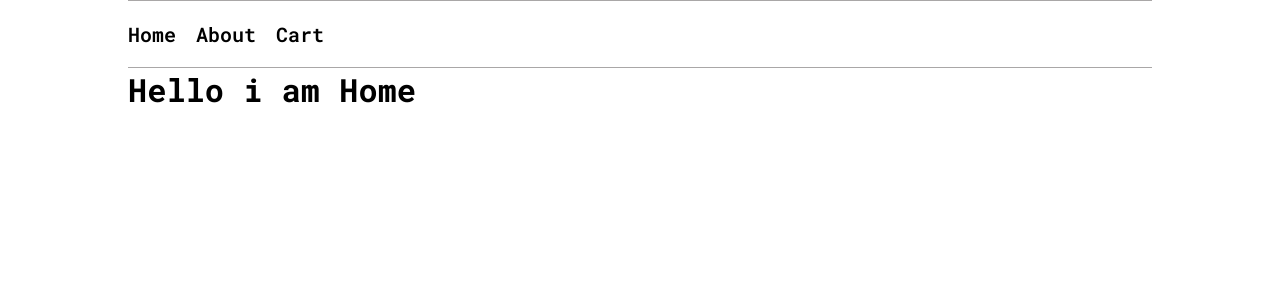
Repository: tuankiet10920/vuejs
Page: /
These files come from the project's save history. The page is drawn as it stood at one moment and after the next save; the edit follows.
The browser window is 1280 px wide. The pictures show the whole page.
The project was rebuilt for these pictures with package versions that can differ from the ones it lists, and the page was loaded fresh each time. Also part of the build but not shown: vite.config.js.

Above is the page before, as saved 2024-08-24 11:32:05.

After the next save:
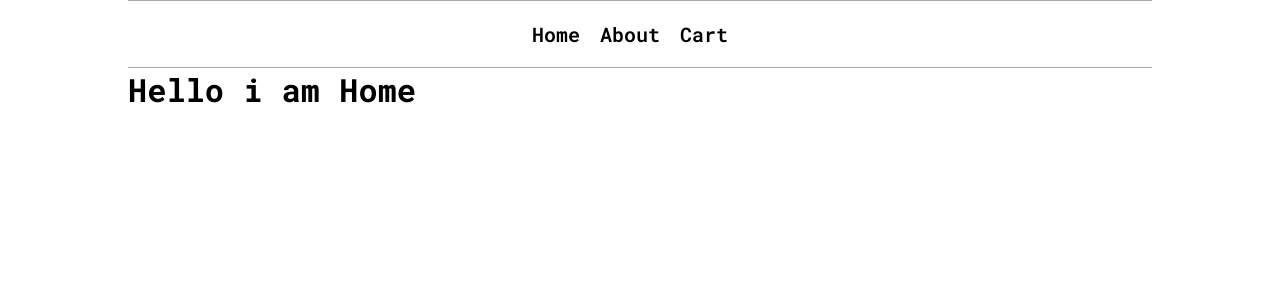
Saved 8 s later.
--- a/src/components/header.vue
+++ b/src/components/header.vue
@@ -30,7 +30,7 @@ export default {
 
 .header ul {
     display: flex;
-    justify-content: start;
+    justify-content: center;
     width: 100%;
 }
 
